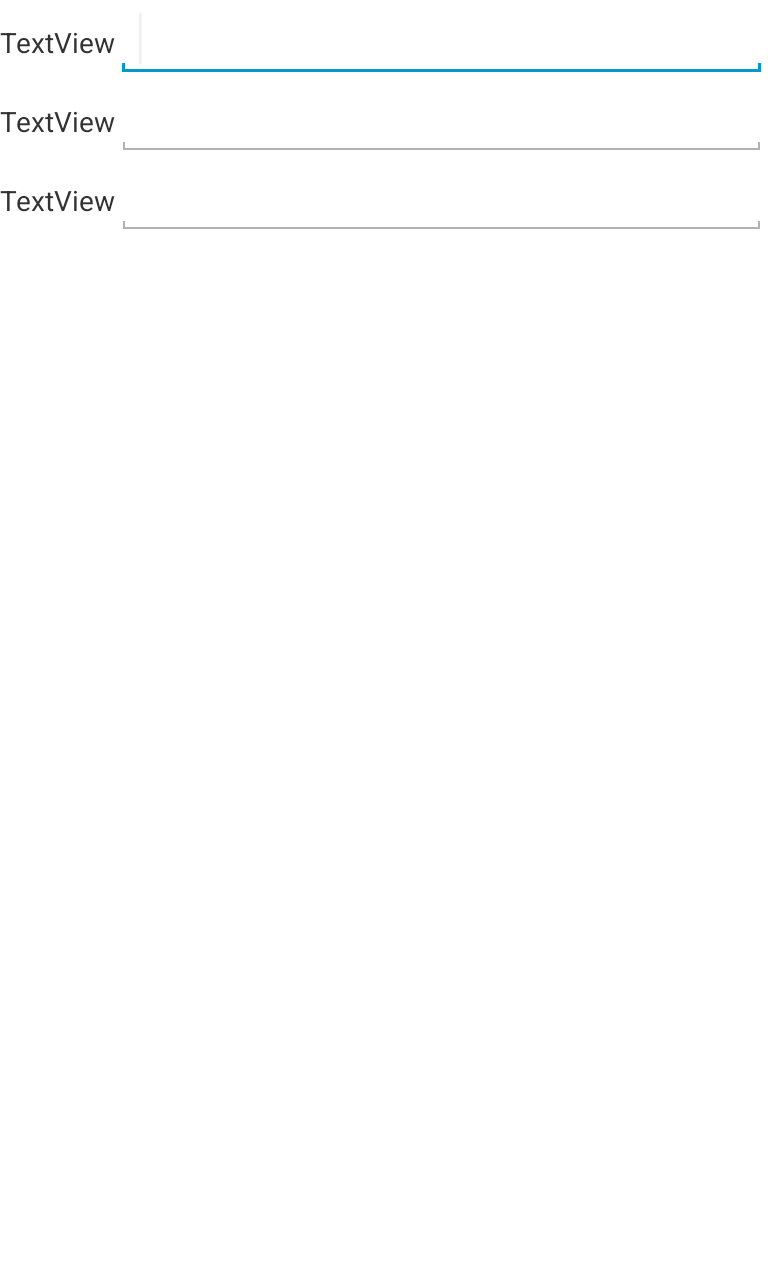
Repository: AungWinnHtut/Android
Layout: mywork1/Usernamedb/res/layout/activity_main.xml
These files come from the project's save history. The layout is drawn as it stood at one moment and after the next save; the edit follows.
It is drawn on a 768 x 1280 px phone screen (xhdpi) without system bars, with theme AppTheme; the app's code is not run.

Above is the layout before, as saved 2015-07-12 06:05:57.

After the next save:
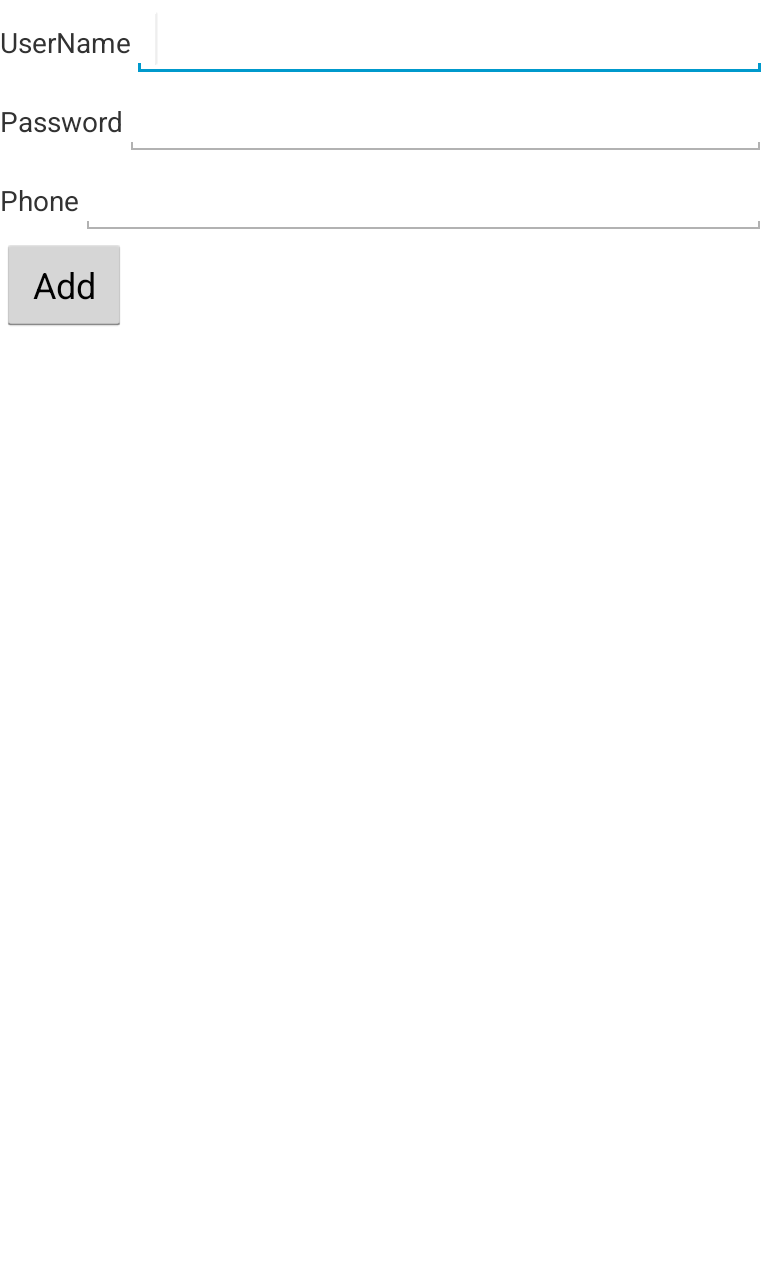
Saved 108 s later.
--- a/mywork1/Usernamedb/res/layout/activity_main.xml
+++ b/mywork1/Usernamedb/res/layout/activity_main.xml
@@ -9,14 +9,16 @@
         android:layout_width="match_parent"
         android:layout_height="wrap_content" >
 
+
         <TextView
             android:id="@+id/textView1"
             android:layout_width="wrap_content"
             android:layout_height="wrap_content"
-            android:text="TextView" />
+            android:text="UserName" />
+
 
         <EditText
-            android:id="@+id/editText1"
+            android:id="@+id/txtusername"
             android:layout_width="wrap_content"
             android:layout_height="wrap_content"
             android:layout_weight="1"
@@ -31,14 +33,17 @@
         android:layout_width="match_parent"
         android:layout_height="wrap_content" >
 
+
+
         <TextView
-            android:id="@+id/textView2"
+            android:id="@+id/Password"
             android:layout_width="wrap_content"
             android:layout_height="wrap_content"
-            android:text="TextView" />
+            android:text="Password" />
+
 
         <EditText
-            android:id="@+id/editText2"
+            android:id="@+id/txtpassword"
             android:layout_width="wrap_content"
             android:layout_height="wrap_content"
             android:layout_weight="1"
@@ -50,14 +55,16 @@
         android:layout_width="match_parent"
         android:layout_height="wrap_content" >
 
+
         <TextView
             android:id="@+id/textView3"
             android:layout_width="wrap_content"
             android:layout_height="wrap_content"
-            android:text="TextView" />
+            android:text="Phone" />
+
 
         <EditText
-            android:id="@+id/editText3"
+            android:id="@+id/txtphone"
             android:layout_width="wrap_content"
             android:layout_height="wrap_content"
             android:layout_weight="1"
@@ -65,4 +72,18 @@
 
     </LinearLayout>
 
+    <LinearLayout
+        android:layout_width="match_parent"
+        android:layout_height="wrap_content" >
+
+
+
+        <Button
+            android:id="@+id/btnadd"
+            android:layout_width="wrap_content"
+            android:layout_height="wrap_content"
+            android:text="Add" />
+
+    </LinearLayout>
+
 </LinearLayout>
